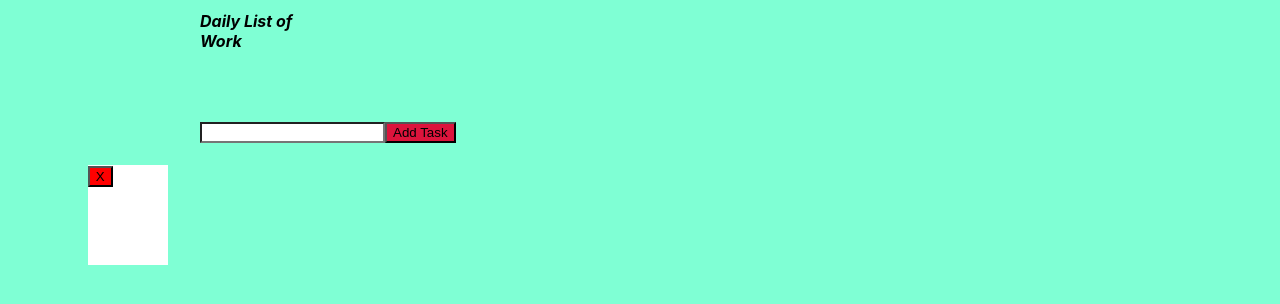
Repository: iamjayenmthakuri/todolist
Page: /, after clicking the first element matching `button.button`
These files come from the project's save history. The page is drawn as it stood at one moment and after the next save; the edit follows.
The browser window is 1280 px wide. The pictures show the whole page.
The project was rebuilt for these pictures with package versions that can differ from the ones it lists, and the page was loaded fresh each time.

Above is the page before, as saved 2022-09-19 10:29:34.

### src/App.js
import React from 'react';
import { useState } from 'react';
import "./App.css";

function App() {
  const [todoList, setTodoList] = useState([]);
  const [newTask, setNewTask] = useState("");

  const handleOnChange = (event) => {
    setNewTask(event.target.value)
  };

  const addTask = () => {
    const task = {
      id: todoList.length === 0 ? 1 : todoList[todoList.length - 1].id + 1,
      taskName: newTask,
    }
    setTodoList([...todoList, task]);
  };

  const deleteTask = (id) => {
    setTodoList(todoList.filter((task) => task.id !== id));
  };
  return (
    <div>
      <div><h1 className='title'>Daily List of Work</h1>

      <input  className='input' onChange={handleOnChange} />
      <button className='button' onClick={addTask}>Add Task</button>
      {todoList.map((task) => {
        return (
          <div className='container'>
            <h1>{task.taskName}</h1>
            <button className='bt' onClick={() => deleteTask(task.id)}>X</button>
          </div>
        );
      })}
    </div>
    </div>
  );
}

export default App;

### src/App.css
body{
  background-color: aquamarine;
  display:grid;
  background-position: center;
  position: absolute;
}
.title{
  height: 100px;
  width: 110px;
  font-size: medium;
  font-weight: bold;
  font-style: italic;
  background-position: center;
  transform: translate(200px);
}
.container{
  background-color: white;
  height: 100px;
  width: 80px;
  margin: auto;
}
.bt{
  background-color: red;
  height: min-content;
  width: min-content;
  margin: auto;
}
.input{
  background-color: white;
  height: max-content;
  width: max-content;
  transform: translate(200px);
}
.button{
  background-color:crimson;
  height: max-content;
  width: max-content;
  transform: translate(200px);
}

Loaded but not shown: public/index.html (common file); src/index.js (common file); src/index.css (common file); src/reportWebVitals.js (common file)

After the next save:
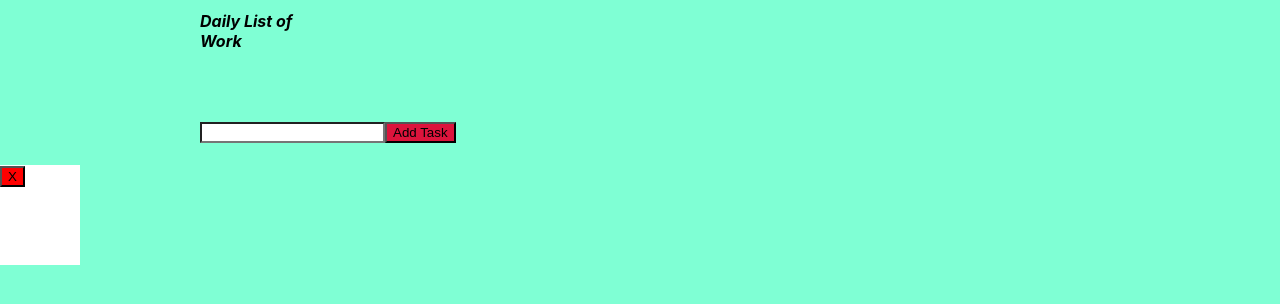
Saved 35 s later.
--- a/src/App.css
+++ b/src/App.css
@@ -17,7 +17,8 @@ body{
   background-color: white;
   height: 100px;
   width: 80px;
-  margin: auto;
+  margin-bottom: auto;
+  margin-top: auto;
 }
 .bt{
   background-color: red;
